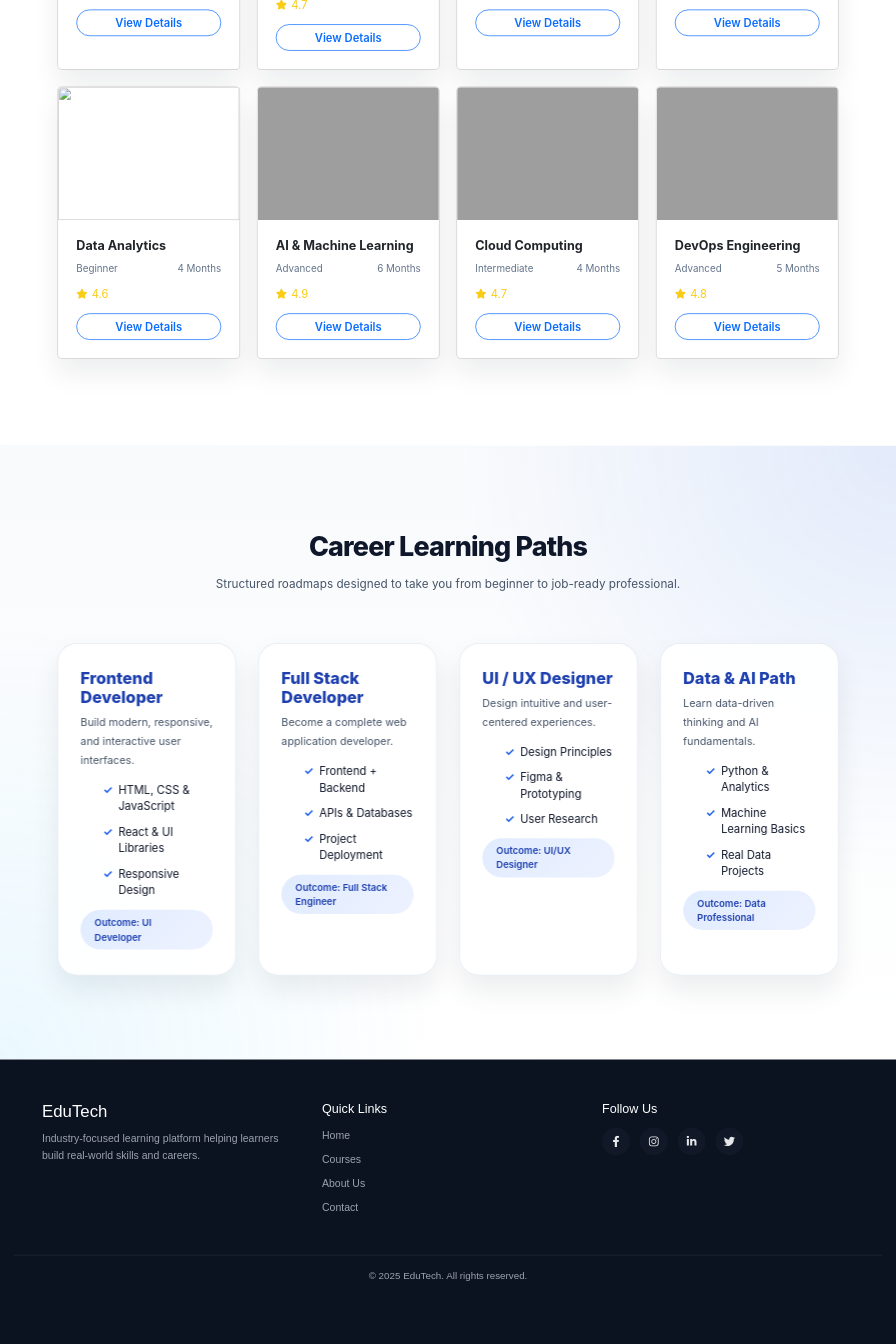
Repository: Aswin74k/project-2
Page: /
The author's editor kept a copy of each file at every save. The page is drawn from the files as they stood at one save, then again after the next save.
The browser window is 1280 px wide. The pictures show the part of the page from y = 1562 to 3482 px (the page is 3482 px tall before and 3428 px after), at 70% of full size.
Pictures or frames that could not be fetched are drawn as grey boxes. The project was rebuilt for these pictures with package versions that can differ from the ones it lists, and the page was loaded fresh each time. Also part of the build but not shown: vite.config.js, src/project/course.css, src/project/Course.jsx, src/project/About.css, src/project/About.jsx, src/project/Enroll.css, src/project/Enroll.jsx, src/project/contact.css and 2 more.

Above is the page before, as saved 2025-12-25 16:32:23.

After the next save:
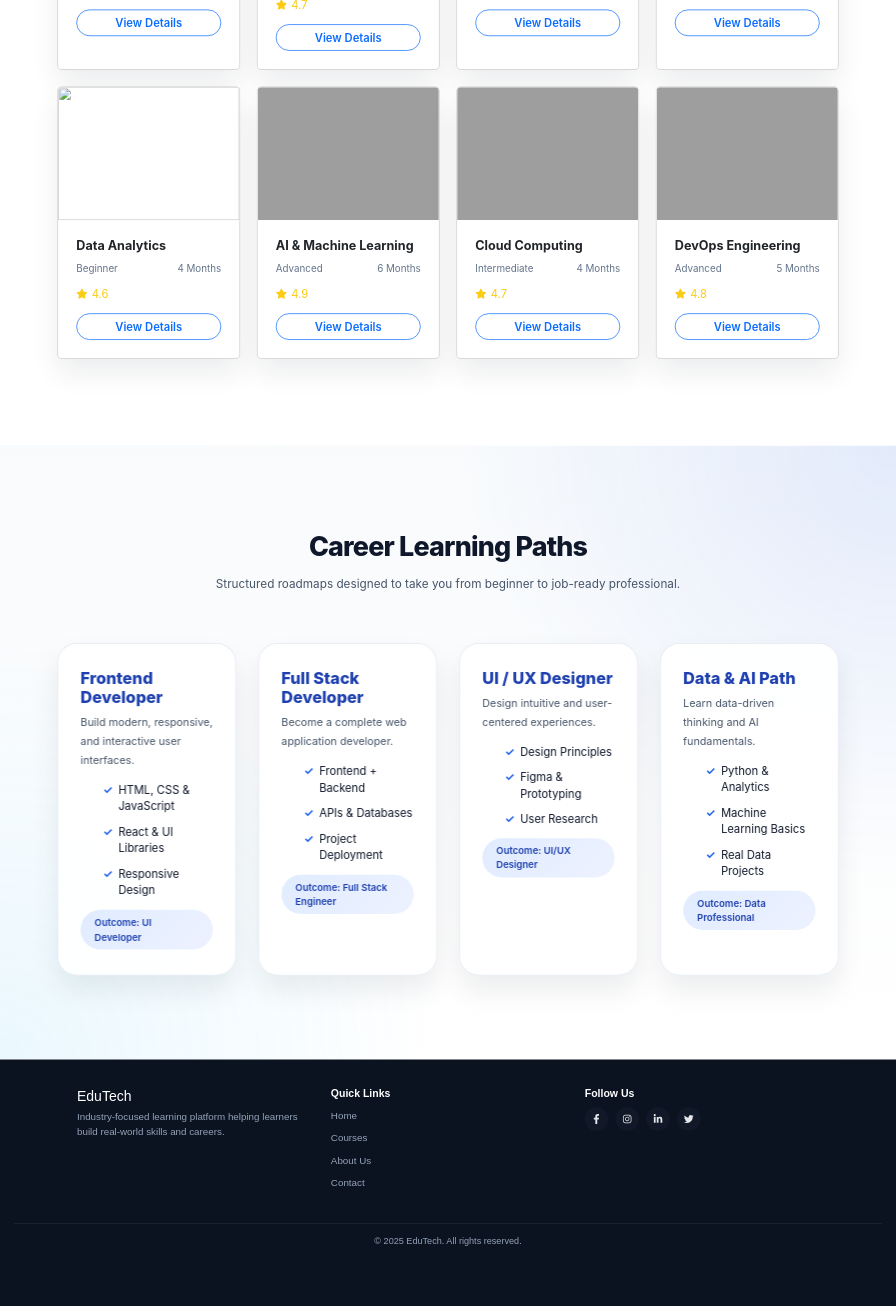
Saved 2 min 45 s later.
--- a/src/project/footer.css
+++ b/src/project/footer.css
@@ -1,54 +1,56 @@
 .footer {
   background: #0b1220;
-  color: #d1d5db;
-  padding-top: 60px;
+  color: #cbd5e1;
+  padding-top: 40px;
   font-family: "Poppins", sans-serif;
 }
 
 .footer-container {
-  max-width: 1200px;
+  max-width: 1100px;
   margin: auto;
-  padding: 0 20px 40px;
+  padding: 0 20px 30px;
   display: grid;
-  grid-template-columns: repeat(auto-fit, minmax(220px, 1fr));
-  gap: 40px;
+  grid-template-columns: repeat(auto-fit, minmax(200px, 1fr));
+  gap: 28px;
 }
 
 /* BRAND */
 .footer-brand h2 {
   color: #ffffff;
-  font-size: 24px;
-  margin-bottom: 12px;
+  font-size: 20px;
+  margin-bottom: 8px;
 }
 
 .footer-brand p {
+  font-size: 14px;
+  line-height: 1.5;
+  color: #94a3b8;
+}
+
+/* LINKS & SOCIAL TITLES */
+.footer-links h4,
+.footer-social h4 {
+  color: #ffffff;
   font-size: 15px;
-  line-height: 1.6;
-  color: #9ca3af;
+  margin-bottom: 10px;
+  font-weight: 600;
 }
 
 /* LINKS */
-.footer-links h4,
-.footer-social h4 {
-  color: #ffffff;
-  font-size: 18px;
-  margin-bottom: 15px;
-}
-
 .footer-links ul {
   list-style: none;
   padding: 0;
 }
 
 .footer-links li {
-  margin-bottom: 10px;
+  margin-bottom: 8px;
 }
 
 .footer-links a {
   text-decoration: none;
-  color: #9ca3af;
-  font-size: 15px;
-  transition: 0.3s;
+  color: #94a3b8;
+  font-size: 14px;
+  transition: color 0.25s ease;
 }
 
 .footer-links a:hover {
@@ -58,34 +60,34 @@
 /* SOCIAL */
 .social-icons {
   display: flex;
-  gap: 14px;
+  gap: 10px;
 }
 
 .social-icons a {
-  width: 40px;
-  height: 40px;
+  width: 34px;
+  height: 34px;
   background: #111827;
   display: flex;
   align-items: center;
   justify-content: center;
   border-radius: 50%;
   color: #e5e7eb;
-  font-size: 16px;
-  transition: 0.3s;
+  font-size: 14px;
+  transition: all 0.25s ease;
 }
 
 .social-icons a:hover {
   background: #0d6efd;
-  transform: translateY(-3px);
+  transform: translateY(-2px);
 }
 
 /* COPYRIGHT */
 .footer-bottom {
   border-top: 1px solid #1f2933;
   text-align: center;
-  padding: 18px 10px;
-  font-size: 14px;
-  color: #9ca3af;
+  padding: 14px 10px;
+  font-size: 13px;
+  color: #94a3b8;
 }
 
 /* RESPONSIVE */
